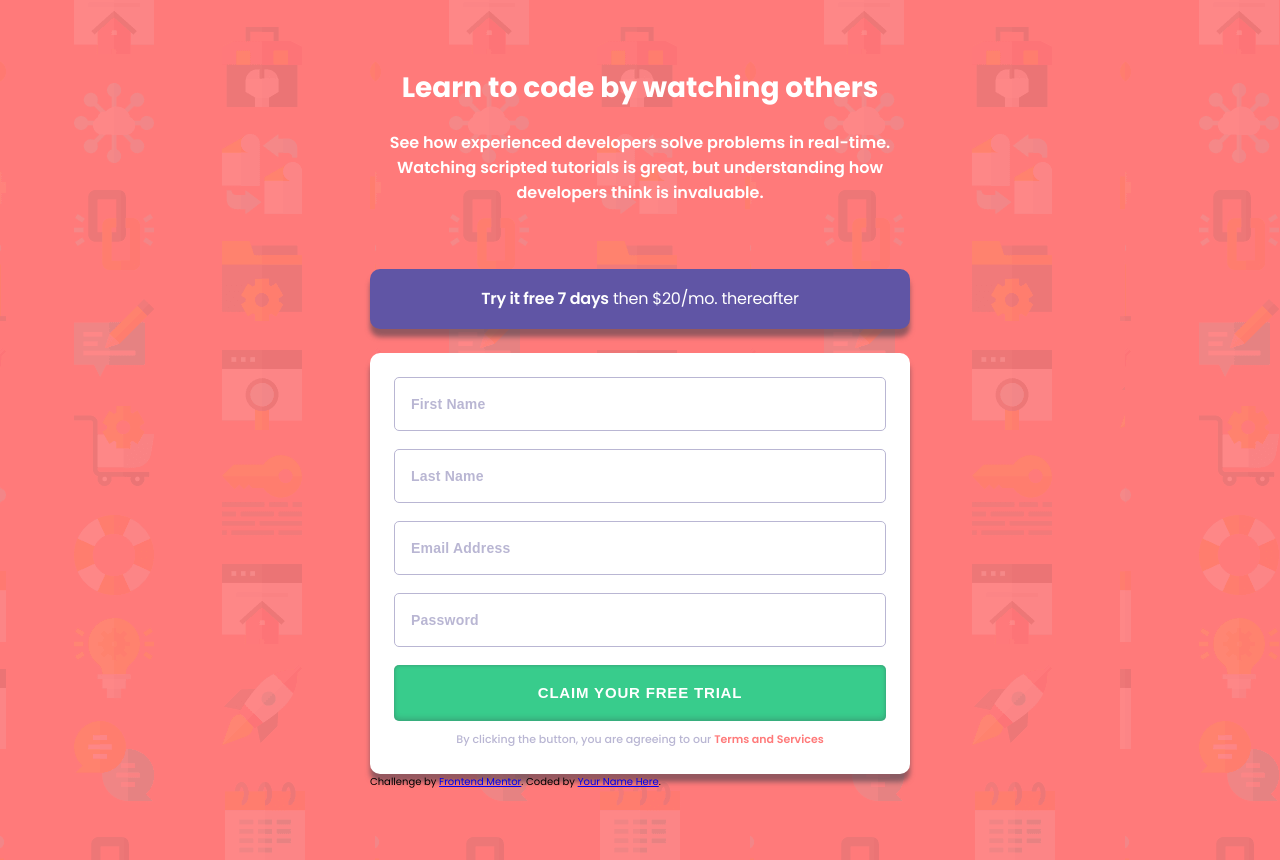
Repository: cipdanila/intro-component-with-sign-up-form
Page: v_makhadu/index.html
These files come from the project's save history. The page is drawn as it stood at one moment and after the next save; the edit follows.
The browser window is 1280 px wide. The pictures show the whole page.

Above is the page before, as saved 2024-02-20 17:07:41.

After the next save:
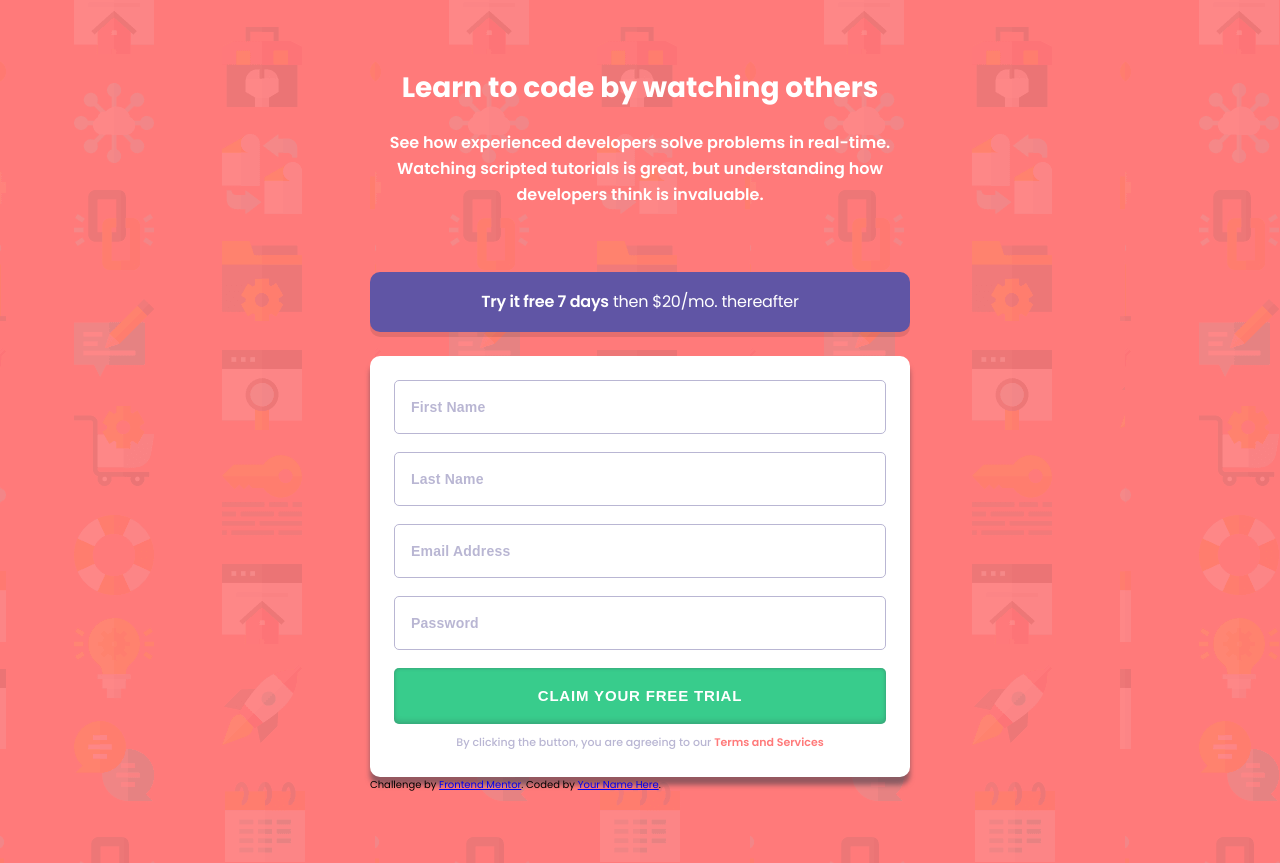
Saved 13 min 21 s later.
--- a/v_makhadu/styles.css
+++ b/v_makhadu/styles.css
@@ -39,7 +39,7 @@
 header p {
     font-weight: 600;
     font-size: 1.6rem;
-    line-height: 2.5rem;
+    line-height: 2.6rem;
     text-align: center;
     color: white;
     margin-bottom: 6.4rem;
@@ -50,7 +50,7 @@
     padding: 1.8rem 7.2rem;
     border-radius: 1rem;
     margin-bottom: 2.4rem;
-    box-shadow: 0px 8px 5px rgba(62, 60, 73, 0.55);
+    box-shadow: rgba(0, 0, 0, 0.1) 0px 0.5rem;
 }
 
 main div.info span {
